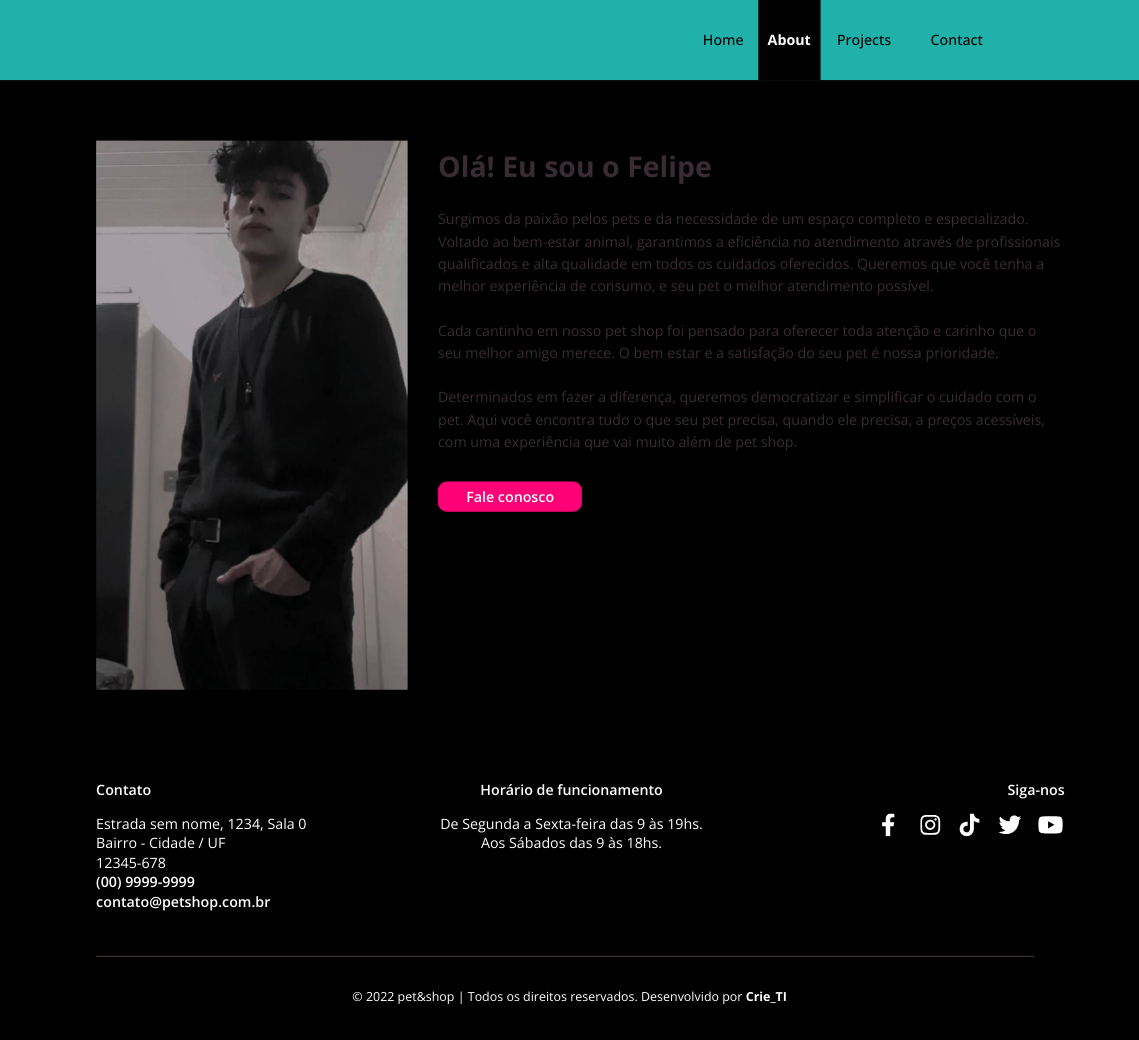
Repository: Fel1pit0/CRIE_TI
Page: Projetos/Portifólio/about.html
An editor plug-in stored every save of this project. The page is shown before and after the next save, followed by the edit.
The browser window is 1280 px wide. The pictures show the whole page, at 89% of full size.

Above is the page before, as saved 2022-05-25 14:29:14.

### Projetos/Portifólio/about.html
<!DOCTYPE html>
<html lang="en">
<head>
    <meta charset="UTF-8">
    <meta http-equiv="X-UA-Compatible" content="IE=edge">
    <meta name="viewport" content="width=device-width, initial-scale=1.0">
    <title>Portifólio</title>
    <link rel="stylesheet" href="styles.css">
    <link rel="preconnect" href="https://fonts.googleapis.com">
    <link rel="preconnect" href="https://fonts.gstatic.com" crossorigin>
    <link href="https://fonts.googleapis.com/css2?family=Roboto+Mono:wght@100&display=swap" rel="stylesheet">
</head>
<body>
    <header>
        <a href="index.html"></a>
        <nav class="pages">
          <div class="home-page"><a href="index.html">Home</a></div>
          <div class="about-page" style="background-color: black; color: #fff; font-weight: bold;"><a href="about.html">About</a></div>
          <div class="services-page"><a href="services.html">Projects</a></div>
          <div class="contact-page"><a href="contact.html">Contact</a></div>
        </nav>
    </header>

    <section id="about">
        <div>
          <img class="image-about" src="imagens/eu.jpeg" alt="minha-foto">
          <div class="desc-about">
            <h2>Olá! Eu sou o Felipe</h2>
            <p>Surgimos da paixão pelos pets e da necessidade de um espaço completo e especializado.<br/>
              Voltado ao bem-estar animal, garantimos a eficiência no atendimento através de profissionais qualificados e alta qualidade em todos os cuidados oferecidos. Queremos que você tenha a melhor experiência de consumo, e seu pet o melhor atendimento possível.<br/>
              <br>
              Cada cantinho em nosso pet shop foi pensado para oferecer toda atenção e carinho que o seu melhor amigo merece. O bem estar e a satisfação do seu pet é nossa prioridade.<br/>
              <br/>
              Determinados em fazer a diferença, queremos democratizar e simplificar o cuidado com o pet. Aqui você encontra tudo o que seu pet precisa, quando ele precisa, a preços acessíveis, com uma experiência que vai muito além de pet shop.
            </p>
              <div class="contact-button"><a href="contact.html">Fale conosco</a></div>
          </div>
        </div>
    </section>

      <footer>
        <div class="foot-logo"></div>
          <div class="row-foot">
            <div class="contact-foot">
              <p>Contato</p>
                <div class="desc-contact">
                    <span>
                    Estrada sem nome, 1234, Sala 0<br/>
                    Bairro - Cidade / UF<br/>
                    12345-678<br/>
                    </span>
                    <a href="tel:+550099999999">(00) 9999-9999</a><br/>
                    <a href="mailto:contato@petshop.com.br">contato@petshop.com.br</a><br/>
                </div>
            </div>
            <div class="time-foot">
                <p>Horário de funcionamento</p>
                <div class="desc-time">
                    <span>De Segunda a Sexta-feira das 9 às 19hs.</span><br/>
                    <span>Aos Sábados das 9 às 18hs.</span>
                </div>
            </div>
            <div class="follow-foot">
              <p>Siga-nos</p>
                <div class="desc-follow">
                    <div class="social-icons">
                        <div class="ico-social"><a href="https://www.facebook.com/"><svg xmlns="http://www.w3.org/2000/svg" viewBox="0 0 600 512"><!--! Font Awesome Pro 6.1.1 by @fontawesome - https://fontawesome.com License - https://fontawesome.com/license (Commercial License) Copyright 2022 Fonticons, Inc. --><path d="M279.14 288l14.22-92.66h-88.91v-60.13c0-25.35 12.42-50.06 52.24-50.06h40.42V6.26S260.43 0 225.36 0c-73.22 0-121.08 44.38-121.08 124.72v70.62H22.89V288h81.39v224h100.17V288z"/></svg></a></div>
                        <div class="ico-social"><a href="https://www.instagram.com/"><svg xmlns="http://www.w3.org/2000/svg" viewBox="0 0 600 512"><!--! Font Awesome Pro 6.1.1 by @fontawesome - https://fontawesome.com License - https://fontawesome.com/license (Commercial License) Copyright 2022 Fonticons, Inc. --><path d="M224.1 141c-63.6 0-114.9 51.3-114.9 114.9s51.3 114.9 114.9 114.9S339 319.5 339 255.9 287.7 141 224.1 141zm0 189.6c-41.1 0-74.7-33.5-74.7-74.7s33.5-74.7 74.7-74.7 74.7 33.5 74.7 74.7-33.6 74.7-74.7 74.7zm146.4-194.3c0 14.9-12 26.8-26.8 26.8-14.9 0-26.8-12-26.8-26.8s12-26.8 26.8-26.8 26.8 12 26.8 26.8zm76.1 27.2c-1.7-35.9-9.9-67.7-36.2-93.9-26.2-26.2-58-34.4-93.9-36.2-37-2.1-147.9-2.1-184.9 0-35.8 1.7-67.6 9.9-93.9 36.1s-34.4 58-36.2 93.9c-2.1 37-2.1 147.9 0 184.9 1.7 35.9 9.9 67.7 36.2 93.9s58 34.4 93.9 36.2c37 2.1 147.9 2.1 184.9 0 35.9-1.7 67.7-9.9 93.9-36.2 26.2-26.2 34.4-58 36.2-93.9 2.1-37 2.1-147.8 0-184.8zM398.8 388c-7.8 19.6-22.9 34.7-42.6 42.6-29.5 11.7-99.5 9-132.1 9s-102.7 2.6-132.1-9c-19.6-7.8-34.7-22.9-42.6-42.6-11.7-29.5-9-99.5-9-132.1s-2.6-102.7 9-132.1c7.8-19.6 22.9-34.7 42.6-42.6 29.5-11.7 99.5-9 132.1-9s102.7-2.6 132.1 9c19.6 7.8 34.7 22.9 42.6 42.6 11.7 29.5 9 99.5 9 132.1s2.7 102.7-9 132.1z"/></svg></a></div>
                        <div class="ico-social"><a href="https://www.tiktok.com/"><svg xmlns="http://www.w3.org/2000/svg" viewBox="0 0 600 512"><!--! Font Awesome Pro 6.1.1 by @fontawesome - https://fontawesome.com License - https://fontawesome.com/license (Commercial License) Copyright 2022 Fonticons, Inc. --><path d="M448,209.91a210.06,210.06,0,0,1-122.77-39.25V349.38A162.55,162.55,0,1,1,185,188.31V278.2a74.62,74.62,0,1,0,52.23,71.18V0l88,0a121.18,121.18,0,0,0,1.86,22.17h0A122.18,122.18,0,0,0,381,102.39a121.43,121.43,0,0,0,67,20.14Z"/></svg></a></div>
                        <div class="ico-social"><a href="https://twitter.com/"><svg xmlns="http://www.w3.org/2000/svg" viewBox="0 0 600 512"><!--! Font Awesome Pro 6.1.1 by @fontawesome - https://fontawesome.com License - https://fontawesome.com/license (Commercial License) Copyright 2022 Fonticons, Inc. --><path d="M459.37 151.716c.325 4.548.325 9.097.325 13.645 0 138.72-105.583 298.558-298.558 298.558-59.452 0-114.68-17.219-161.137-47.106 8.447.974 16.568 1.299 25.34 1.299 49.055 0 94.213-16.568 130.274-44.832-46.132-.975-84.792-31.188-98.112-72.772 6.498.974 12.995 1.624 19.818 1.624 9.421 0 18.843-1.3 27.614-3.573-48.081-9.747-84.143-51.98-84.143-102.985v-1.299c13.969 7.797 30.214 12.67 47.431 13.319-28.264-18.843-46.781-51.005-46.781-87.391 0-19.492 5.197-37.36 14.294-52.954 51.655 63.675 129.3 105.258 216.365 109.807-1.624-7.797-2.599-15.918-2.599-24.04 0-57.828 46.782-104.934 104.934-104.934 30.213 0 57.502 12.67 76.67 33.137 23.715-4.548 46.456-13.32 66.599-25.34-7.798 24.366-24.366 44.833-46.132 57.827 21.117-2.273 41.584-8.122 60.426-16.243-14.292 20.791-32.161 39.308-52.628 54.253z"/></svg></a></div>
                        <div class="ico-social"><a href="https://www.youtube.com/"><svg xmlns="http://www.w3.org/2000/svg" viewBox="0 0 600 512"><!--! Font Awesome Pro 6.1.1 by @fontawesome - https://fontawesome.com License - https://fontawesome.com/license (Commercial License) Copyright 2022 Fonticons, Inc. --><path d="M549.655 124.083c-6.281-23.65-24.787-42.276-48.284-48.597C458.781 64 288 64 288 64S117.22 64 74.629 75.486c-23.497 6.322-42.003 24.947-48.284 48.597-11.412 42.867-11.412 132.305-11.412 132.305s0 89.438 11.412 132.305c6.281 23.65 24.787 41.5 48.284 47.821C117.22 448 288 448 288 448s170.78 0 213.371-11.486c23.497-6.321 42.003-24.171 48.284-47.821 11.412-42.867 11.412-132.305 11.412-132.305s0-89.438-11.412-132.305zm-317.51 213.508V175.185l142.739 81.205-142.739 81.201z"/></svg></a></div>
                    </div>
                </div>
            </div>
          <div class="line-foot"></div>
          <div class="copy"><span>© 2022 pet&shop | Todos os direitos reservados. Desenvolvido por <b>Crie_TI</b></span></div>
      </footer>
</body>
</html>

### Projetos/Portifólio/styles.css
@import url('https://fonts.googleapis.com/css2?family=Open+Sans:ital,wght@0,300;0,400;0,500;0,600;0,700;0,800;1,300;1,400;1,500;1,600;1,700;1,800&display=swap');
body{
  font-family: 'Open Sans', sans-serif;
  background-color: black;
}
.brand{
  width: 250px;
  margin-left: 50px;
}
header {
  background-color: #20B2AA;
  display: flex;
  align-items: center;
  position: fixed;
  padding: 0 50px;
  top: 0;
  left: 0px;
  right: 0px;
  height: 90px;
  box-shadow: 0 0 40px;
  z-index: 2;
}
.home-page, .about-page{
  display: inline-block;
  text-align: center;
  height: 90px;
  width: 70px;
}
.products-page, .services-page{
  display: inline-block;
  text-align: center;
  height: 90px;
  width: 90px;
}
.contact-page {
  display: inline-block;
  text-align: center;
  height: 90px;
  width: 110px;
}
.home-page a, .about-page a, .products-page a, .services-page a, .contact-page a{
  margin-top: 34px;
  margin-bottom: auto;
}
.pages {
  width: auto;
  font-weight: 450;
  justify-content: space-between;
  margin-left: auto;
  margin-right: 100px;
}
.pages a{
  color: inherit;
  text-decoration: none;
  display: inline-block;
}
.pages a:hover{
  color: #ff0077;
}
.banner {
  width: 100%;
  height: 600px;
  margin-top: 80px;
  object-fit: cover;
}
#our-services{
  text-align: center;
}
.sub-title{
  margin-top: 60px;
  text-align: center;
  color: #1A2138;
  font-size: 32px;
}
.column {
  display:inline-block;
  padding: 30px;
  width: 15%;
  height: 250px;
  vertical-align: middle;
}
.column a{
  color: inherit;
  text-decoration: none;
  display: inline-block;
}
.column a:hover svg{
  transform: matrix3d(1.176,-0.17,0.00,0,0.17,1.176,0.00,0,0,0,1,0,0,0,0,1);
  -webkit-transform: matrix3d(1.176,-0.17,0.00,0,0.17,1.176,0.00,0,0,0,1,0,0,0,0,1);
  transform-origin: center center 0px;
  transition: all 0.5s ease 0s;
  -webkit-transform-origin: center center 0px;
  -webkit-transition: all 0.5s ease 0s;
}
.service-ico{
  fill: #ff0077;
  width: 60px;
  margin: auto;
}
.service-name{
  text-align: center;
  font-weight: 600;
  color: #ff0077;
}
.service-description{
  text-align: center;
  width: 240px;
  color: #858585;
}
#description {
  width: 100%;
  height: 350px;
  background-color: #07f;
}
.desc-logo{
  margin-top: 60px ;
  margin-left: 100px;
  position: top;
  width: 18%;
  height: 80px;
}
.desc-text{
  color: #fff;
  margin: 0 100px 0 100px;
  font-size: large;
}
#products{
  margin-top: 5em;
  text-align: center;
}
.product-column {
  display:inline-block;
  margin-left: 20px;
  width: 10em;
  height: 20em;
}
.product-column a{
  color: inherit;
  text-decoration: none;
}
.product-column:hover{
  border: 1px solid #cecece;
  border-radius: 10px;
  transform: matrix3d(1.2,0,0.00,0,0.00,1.2,0.00,0,0,0,1,0,0,0,0,1);
  transform-origin: center center 0px;
  transition: all 0.5s ease 0s;
  -webkit-transform-origin: center center 0px;
  -webkit-transition: all 0.5s ease 0s;
}
.product-column:hover img{
  opacity: 60%;
}
.product-ico{
  width: 140px;
  margin: 10px auto;
}
.product-name{
  font-size: 14px;
  font-weight: 500;
  color: #858585;
  width: 10em;
  height: 6em;
  margin-right: auto;
  margin-left: auto;
}
.product-price{
  align-items: flex-end;
  color: #ff0077;
  font-weight: bold;
}
.row{
  margin-top: 2em;
}
.product-more{
  width: 8em;
  margin-left: auto;
  margin-right: auto;
}
.button{
  background-color: #ff0077;
  color: #fff;
  font-weight: 400;
  height: 2em;
  margin-top: 2em;
  border: 1px solid #f07;
  border-radius: 10px;
  display: flex;
  justify-content: center;
  align-items: center;
}
.button:hover{
  transform: scale(1.03);
  transform-origin: center center 0px;
  transition: all 0.5s ease 0s;
  -webkit-transform-origin: center center 0px;
  -webkit-transition: all 0.5s ease 0s;
}
.button a{
  color: inherit;
  text-decoration: none;
}
footer{
  background-color: black;
  color: #fff;
  width: 100%;
  height: 300px;
}
.foot-logo svg{
  width: 15%;
  margin-top: 50px;
  margin-left: 100px;
  margin-bottom: 20px;
}
.row-foot{
  display: inline-block;
  width: 100%;
}
.contact-foot{
  display: inline-block;
  width: 330px;
  margin-left: 100px;
}
.contact-foot p{
  font-weight: 600;
  font-size: 16px;
}
.contact-foot a{
  color: inherit;
  text-decoration: none;
  font-weight: 600;
}
.desc-contact span{
  font-weight: lighter;
  width: 250px;
}
.time-foot{
  vertical-align: top;
  display: inline-block;
  width: 400px;
  text-align: center;
  font-weight: 600;
  font-size: 16px;
}
.desc-time span{
  margin-bottom: 0;
  font-weight: 100;
  width: 400px;
}
.follow-foot{
  vertical-align: top;
  display: inline-block;
  width: 300px;
  height: 20px;
  margin-left: 50px;
  text-align: right;
  font-weight: 600;
}
.ico-social{
  display: inline-block;
  margin: 0 0 0 10px;
  height: 30px;
  width: 30px;
}
.ico-social a{
  display: inline-block;
  width: 30px;
  vertical-align: top;
  margin: 0 0 30px;
  fill: #fff;
}
.ico-social:hover{
  transform: matrix3d(1.2,-0.26,0.00,0,0.26,1.164,0.00,0,0,0,1,0,0,0,0,1);
  transform-origin: center center 0px;
  transition: all 0.5s ease 0s;
  -webkit-transform-origin: center center 0px;
  -webkit-transition: all 0.5s ease 0s;
}
.line-foot{
  background-color: #ffd8ea;
  opacity: 30%;
  margin: 50px 110px 0 100px;
  width: auto;
  height: 1px;
}
.copy{
  margin-top: 35px;
  font-weight:lighter;
  font-size: 14px;
  text-align: center;
}
#about{
  margin-bottom: 5em;
}
.image-about{
  display: inline-block;
  width: 350px;
  height: auto;
  margin: 150px 0 0 100px;
}
.desc-about{
  display: inline-block;
  margin: 130px 0 0 30px;
  width: 700px;
  vertical-align: top;
}
.desc-about h2{
  color: #382c32;
  font-size: 32px;
}
.desc-about p{
  color: #382c32;
  font-size: 16px;
  font-weight: lighter;
  line-height: 25px;
}
.contact-button{
  width: 10em;
  background-color: #ff0077;
  color: #fff;
  font-size: 16px;
  font-weight: 600;
  height: 2em;
  margin-top: 2em;
  border: 1px solid #f07;
  border-radius: 10px;
  display: flex;
  justify-content: center;
  align-items: center;
}
.contact-button a{
  color: inherit;
  text-decoration: none;
  width: 10em;
  text-align: center;
}
.contact-button:hover{
  transform: scale(1.03);
  transform-origin: center center 0px;
  transition: all 0.5s ease 0s;
  -webkit-transform-origin: center center 0px;
  -webkit-transition: all 0.5s ease 0s;
}
.products-title{
  font-size: 32px;
  text-align: left;
  margin-top: 150px;
  margin-left: 100px;
  color: #1A2138;
}
#services{
  margin-top: 90px;
}
#products{
  margin-bottom: 5em;
}
.shower{
  background-image: url(Imagens/Serviços/bath-and-groom.jpg);
  height: 350px;
  background-size: 500px 350px;
  background-position: left;
  background-repeat: no-repeat;
}
.desc-shower{
  display: inline-block;
  width: 600px;
  vertical-align: top;
  margin: 0 0 0 550px;
}
.desc-shower h3{
  color: #f07;
  font-size: 24px;
  font-weight: 400
}
.desc-shower span{
  color: #382c32;
  font-size: 18px;
  font-weight: 400;
  line-height: 25px;
}
.desc-shower p{
  color: #382c32;
  opacity: 80%;
  font-size: 16px;
  font-weight: 400;
  line-height: 25px;
}
.medic{
  background-color: #f07;
  background-image: url(Imagens/Serviços/medical-center.jpg);
  height: 350px;
  background-size: 500px 350px;
  background-position: right;
  background-repeat: no-repeat;
}
.desc-medic{
  display: inline-block;
  width: 650px;
  vertical-align: top;
  margin: 10px 0 0 100px;
  text-align: right;
}
.desc-medic h3{
  color: #fff;
  font-size: 24px;
  font-weight: 400
}
.desc-medic span{
  color: #fff;
  font-size: 18px;
  font-weight: 500;
  line-height: 30px;
}
.desc-medic p{
  color: #fff;
  opacity: 80%;
  font-size: 16px;
  font-weight: 100;
  line-height: 30px;
}
.drug{
  background-color: #07f;
  background-image: url(Imagens/Serviços/drugstore.jpg);
  height: 350px;
  background-size: 500px 350px;
  background-position: left;
  background-repeat: no-repeat;
}
.desc-drug{
  display: inline-block;
  width: 600px;
  vertical-align: top;
  margin: 30px 0 0 550px;
}
.desc-drug h3{
  color: #fff;
  font-size: 24px;
  font-weight: 400
}
.desc-drug span{
  color: #fff;
  font-size: 18px;
  font-weight: 400;
  line-height: 25px;
}
.desc-drug p{
  color: #fff;
  opacity: 80%;
  font-size: 16px;
  font-weight: 400;
  line-height: 25px;
}
.delivery{
  background-color: #FF320D;
  background-image: url(Imagens/Serviços/delivery.jpg);
  height: 350px;
  background-size: 500px 700px;
  background-position: right;
  background-repeat: no-repeat;
}
.desc-delivery{
  display: inline-block;
  width: 650px;
  vertical-align: top;
  margin: 50px 0 0 100px;
  text-align: right;
}
.desc-delivery h3{
  color: #fff;
  font-size: 24px;
  font-weight: 400
}
.desc-delivery span{
  color: #fff;
  font-size: 18px;
  font-weight: 500;
  line-height: 30px;
}
.desc-delivery p{
  color: #fff;
  opacity: 80%;
  font-size: 16px;
  font-weight: 100;
  line-height: 30px;
}
.pick{
  background-color: #C10DFF;
  background-image: url(Imagens/Serviços/pick-up.jpg);
  height: 350px;
  background-size: 500px 350px;
  background-position: left;
  background-repeat: no-repeat;
}
.desc-pick{
  display: inline-block;
  width: 600px;
  vertical-align: top;
  margin: 50px 0 0 550px;
}
.desc-pick h3{
  color: #fff;
  font-size: 24px;
  font-weight: 400
}
.desc-pick span{
  color: #fff;
  font-size: 18px;
  font-weight: 400;
  line-height: 25px;
}
.desc-pick p{
  color: #fff;
  opacity: 80%;
  font-size: 16px;
  font-weight: 400;
  line-height: 25px;
}
.care{
  background-color: #6cf515;
  background-image: url(Imagens/Serviços/daycare.jpg);
  height: 350px;
  background-size: 500px 350px;
  background-position: right;
  background-repeat: no-repeat;
}
.desc-care{
  display: inline-block;
  width: 650px;
  vertical-align: top;
  margin: 30px 0 0 100px;
  text-align: right;
}
.desc-care h3{
  color: #fff;
  font-size: 24px;
  font-weight: 400
}
.desc-care span{
  color: #fff;
  font-size: 18px;
  font-weight: 500;
  line-height: 30px;
}
.desc-care p{
  color: #fff;
  opacity: 80%;
  font-size: 16px;
  font-weight: 100;
  line-height: 30px;
}
.hotel{
  background-color: #353535;
  height: 350px;
}
.hotel-img{
  width: 500px;
  height: 350px;

}
.desc-hotel{
  display: inline-block;
  width: 650px;
  vertical-align: top;
  margin: 50px 0 0 50px;
}
.desc-hotel h3{
  color: #fff;
  font-size: 24px;
  font-weight: 400
}
.desc-hotel span{
  color: #fff;
  font-size: 18px;
  font-weight: 400;
  line-height: 25px;
}
.desc-hotel p{
  color: #fff;
  opacity: 80%;
  font-size: 16px;
  font-weight: 300;
  line-height: 25px;
  width: 600px;
}
#talk{
  margin-bottom: 5em;
  width: 100%;
}
.inputs{
  display: inline-block;
  margin-left: 100px;
  width: 50%;
}
.input-name{
  color: #858585;
  font-size: 14px;
}
.form-item{
  width: 100%;
  min-height: 35px;
  margin-bottom: 20px;
  border: 1px solid #858585;
  border-radius: 5px;
  box-sizing: border-box;
  background-color: #fff;
  font-size: 16px;
}
.send-button{
  width: 7em;
  background-color: #ff0077;
  color: #fff;
  font-size: 16px;
  font-weight: 600;
  height: 40px;
  border: 1px solid #f07;
  border-radius: 10px;
  justify-content: center;
  align-items: center;
}
.send-button a{
  color: inherit;
  text-decoration: none;
  width: 10em;
  text-align: center;
}
.send-button:hover{
  transform: scale(1.03);
  transform-origin: center center 0px;
  transition: all 0.5s ease 0s;
  -webkit-transform-origin: center center 0px;
  -webkit-transition: all 0.5s ease 0s;
}
.infos{
  width: 450px;
  display: inline-block;
  margin-left: 30px;
}
.info-item{
  font-size: 13px;
  font-weight: 600;
  color: #858585;
  margin-bottom: 0px;
}
.infos a{
  color: #f07;
  text-decoration: none;
  font-size: 16px;
  font-weight: 600;
}

After the next save:
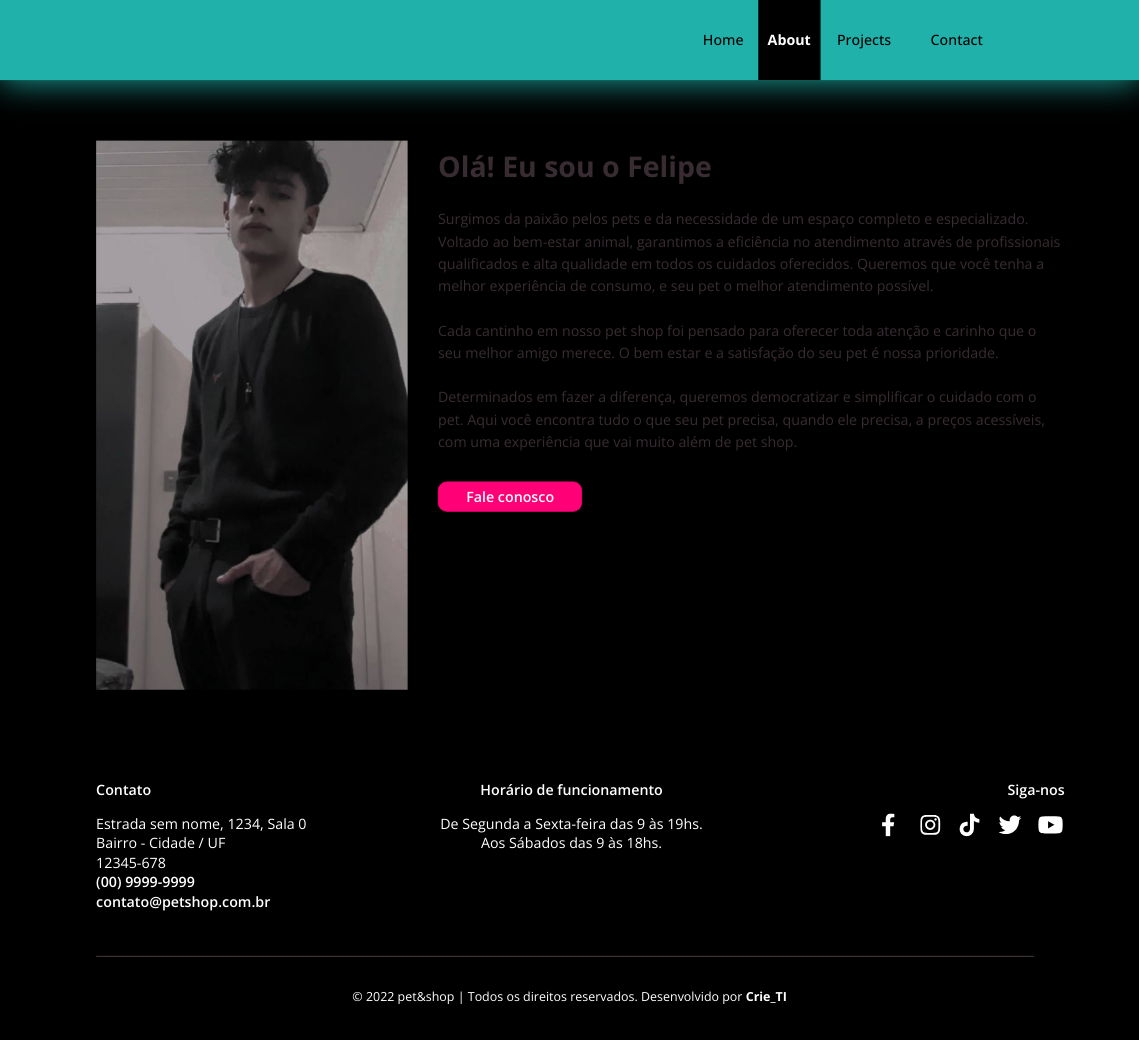
Saved 12 s later.
--- a/Projetos/Portifólio/styles.css
+++ b/Projetos/Portifólio/styles.css
@@ -17,7 +17,7 @@ header {
   left: 0px;
   right: 0px;
   height: 90px;
-  box-shadow: 0 0 40px;
+  box-shadow: 0 0 40px #20b2aa;
   z-index: 2;
 }
 .home-page, .about-page{
